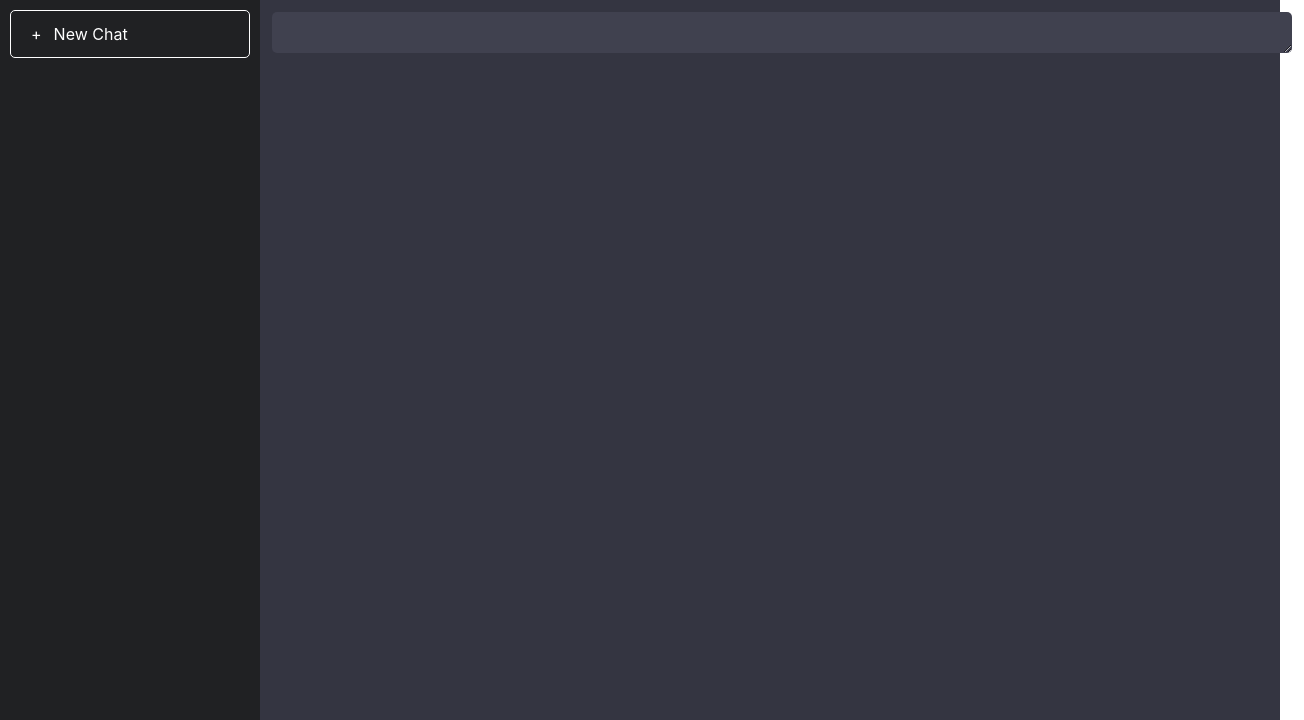
Repository: lancenigel/ChatGPT-Clone
Page: / (app in client/)
An editor plug-in stored every save of this project. The page is shown before and after the next save, followed by the edit.
The browser window is 1280 px wide. The page is 1304 px wide, so the pictures cover 1304 px, including what lies to the right of the window. The pictures show the whole page.
The project was rebuilt for these pictures with package versions that can differ from the ones it lists, and the page was loaded fresh each time.

Above is the page before, as saved 2024-02-04 00:29:02.

After the next save:
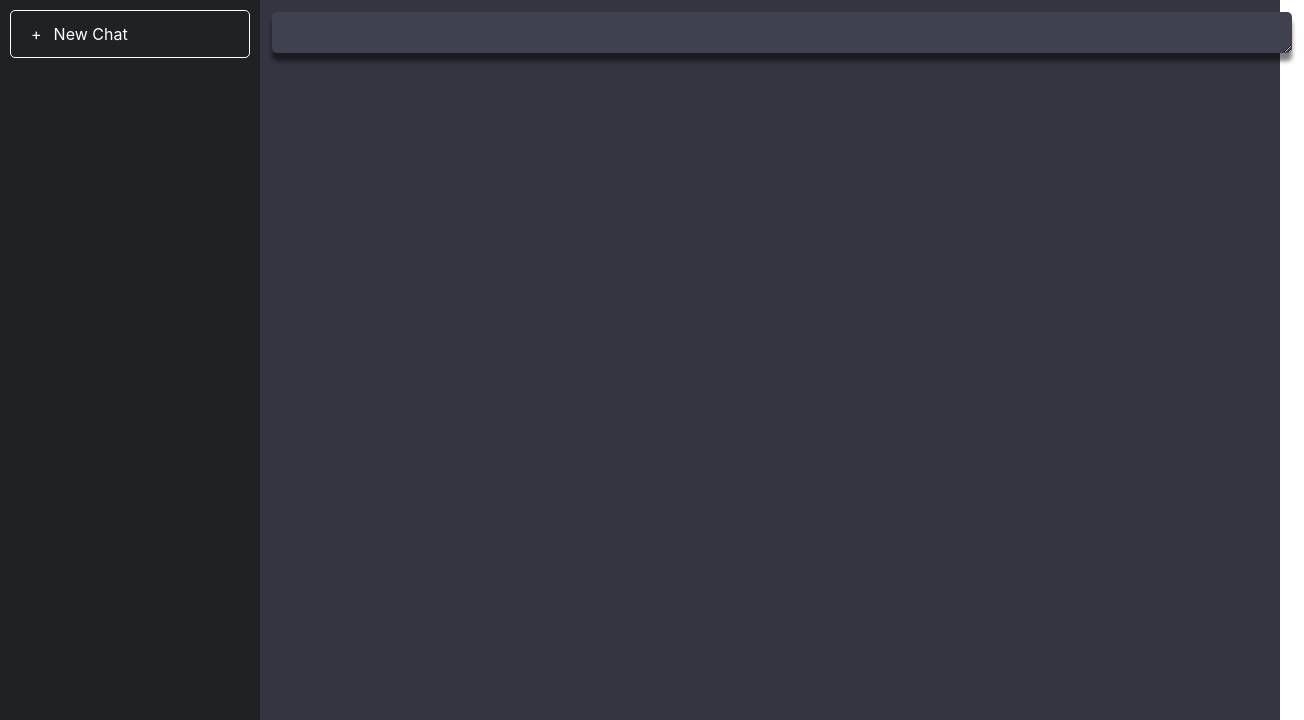
Saved 17 s later.
--- a/client/src/App.css
+++ b/client/src/App.css
@@ -24,7 +24,7 @@
   border: none;
   margin: 12px;
   outline: none;
-  box-shadow:8px;
+  box-shadow: 0 8px 4px 0 rgb(0,0,0, 0.5);
 }
 
 .sidemenu {
